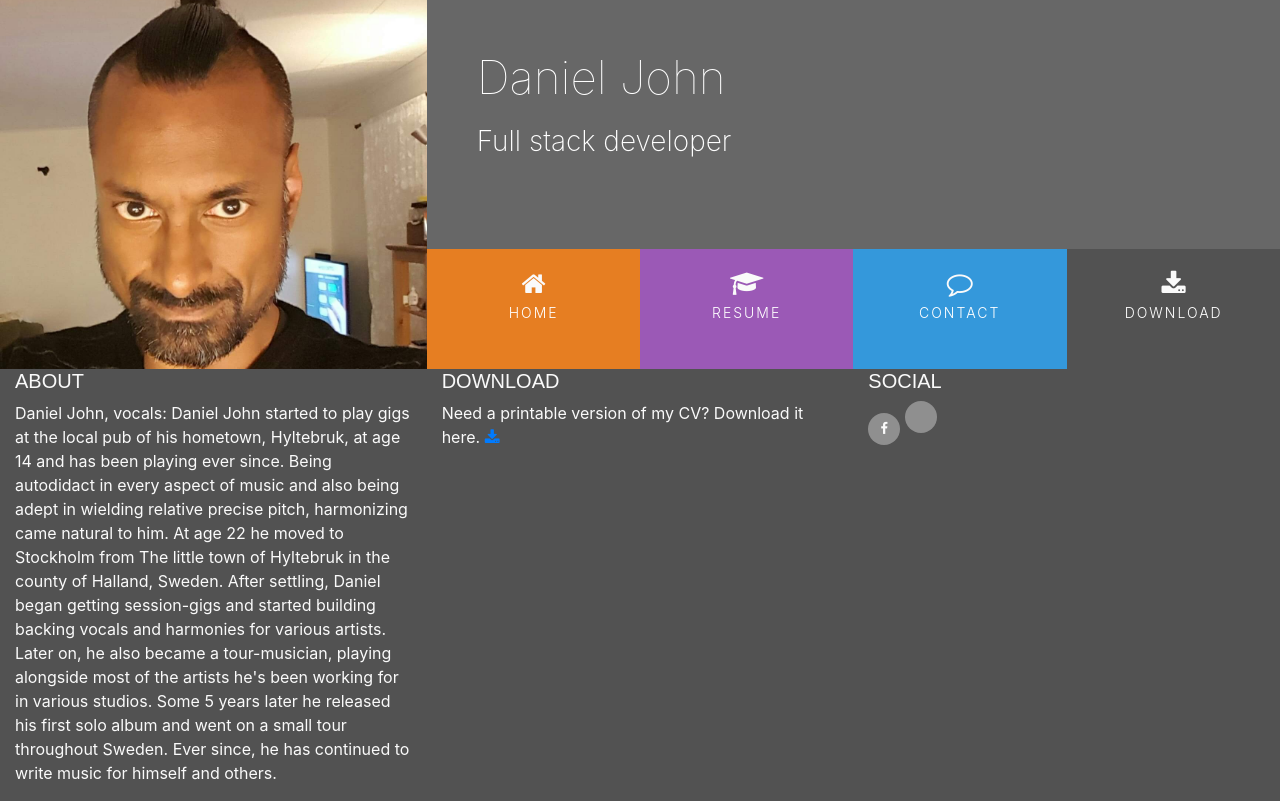
Repository: Jadehammar/initial-commit
Page: index.html
The author's editor kept a record of every edit. The page is drawn from the files as they stood at one moment, then again after the next edit.
The browser window is 1280 px wide. The pictures show the whole page.

Above is the page before.

After the next edit:
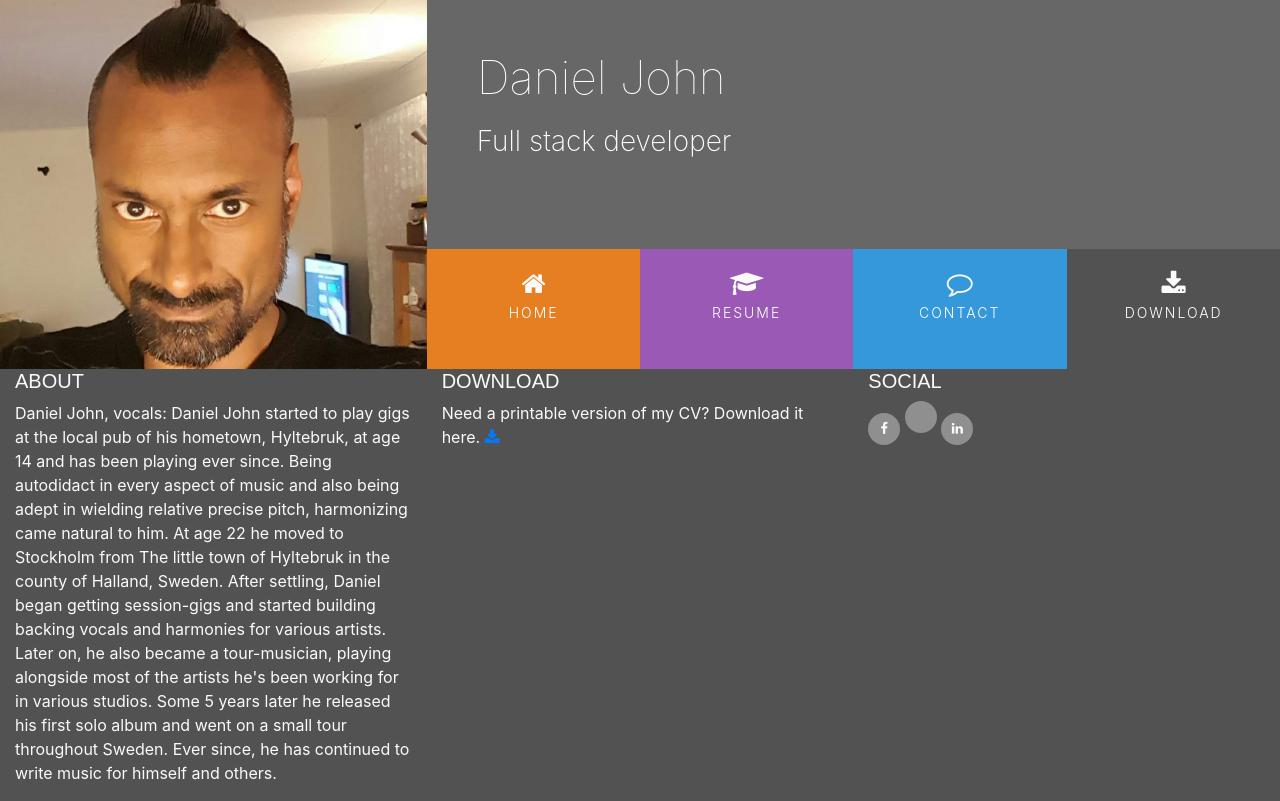
The edit:
--- a/index.html
+++ b/index.html
@@ -80,6 +80,12 @@
                             <span class="sr-only">Twitter</span>
                         </a>
                     </li>
+                    <li class="list-inline-item">
+                        <a target="_blank" href="#">
+                            <i class="fa fa-linkedin" aria-hidden="true"></i>
+                            <span class="sr-only">LinkedIn</span>
+                        </a>
+                    </li>
                 </ul>
             </div>
         </div>
